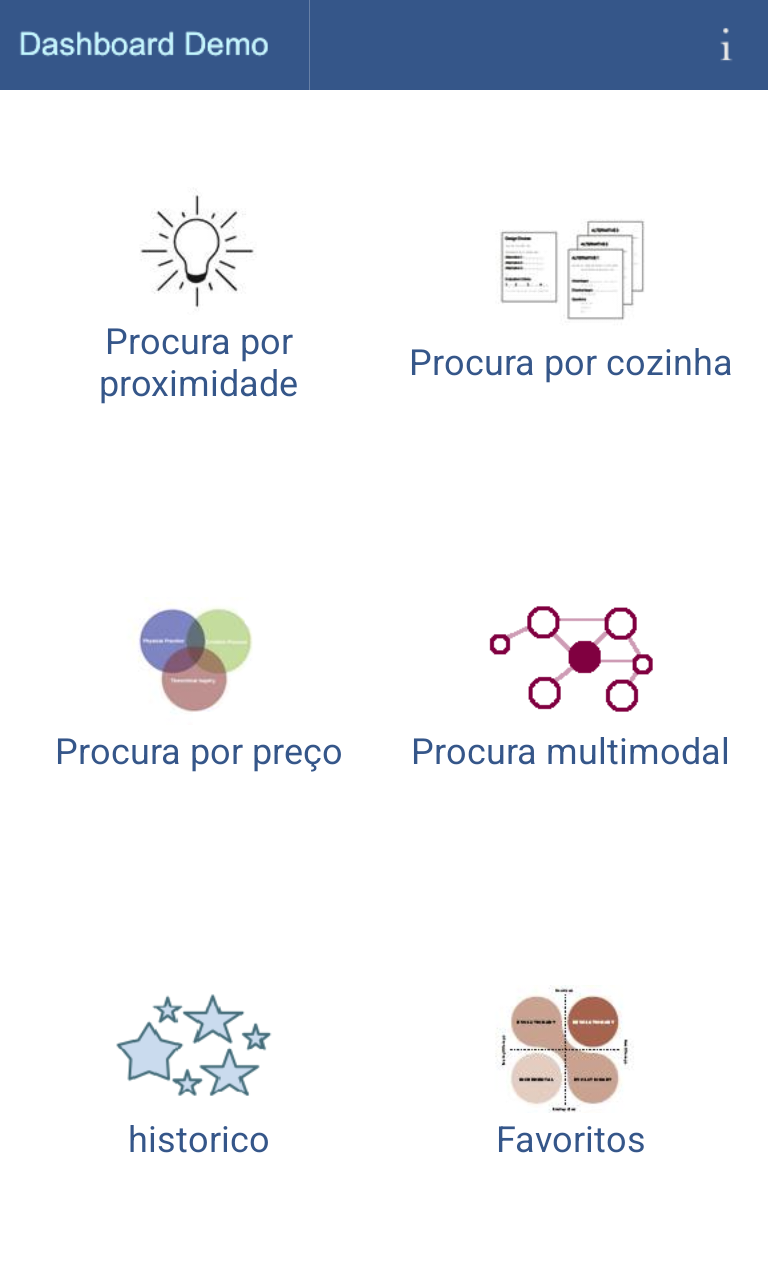
Repository: joaoA/ihc
Layout: spotilicious/res/layout/activity_home.xml
An editor plug-in stored every save of this project. The layout is shown before and after the next save, followed by the edit.
It is drawn on a 768 x 1280 px phone screen (xhdpi) without system bars, with theme Theme.D1; the app's code is not run.

Above is the layout before, as saved 2012-05-16 00:24:23.

### spotilicious/res/layout/activity_home.xml
<?xml version="1.0" encoding="utf-8"?>
<!--
    Copyright 2011 Wglxy.com
    Derived from Google IO Schedule App, Copyright 2010 Google, Inc.

    Licensed under the Apache License, Version 2.0 (the "License");
    you may not use this file except in compliance with the License.
    You may obtain a copy of the License at

         http://www.apache.org/licenses/LICENSE-2.0

    Unless required by applicable law or agreed to in writing, software
    distributed under the License is distributed on an "AS IS" BASIS,
    WITHOUT WARRANTIES OR CONDITIONS OF ANY KIND, either express or implied.
    See the License for the specific language governing permissions and
    limitations under the License.
-->
<LinearLayout xmlns:android="http://schemas.android.com/apk/res/android"
    android:id="@+id/db1_root"
    android:orientation="vertical"
    android:background="@color/background1"
    android:layout_width="match_parent"
    android:layout_height="match_parent">
    <LinearLayout style="@style/TitleBar">
        <ImageView style="@style/TitleBarLogo"
            android:contentDescription="@string/description_logo"
            android:src="@drawable/title_logo" />

        <ImageView style="@style/TitleBarSeparator" android:contentDescription="@string/cenas"/>
        <TextView style="@style/TitleBarText" />
        <ImageButton style="@style/TitleBarAction"
            android:contentDescription="@string/description_about"
            android:src="@drawable/title_about"
            android:onClick="onClickAbout" />
</LinearLayout>
<LinearLayout
    android:orientation="vertical"
    android:layout_width="match_parent"
    android:layout_height="match_parent"
    android:weightSum="3"
    android:padding="6dip">
    <LinearLayout
        android:orientation="horizontal"
        android:layout_width="match_parent"
        android:layout_height="match_parent"
        android:layout_weight="1">
        <Button android:id="@+id/home_btn_feature1"
            style="@style/HomeButton"
            android:onClick="onClickFeature"
            android:text="@string/title_feature1"
            android:drawableTop="@drawable/home_button1"/>
        <Button android:id="@+id/home_btn_feature2"
            style="@style/HomeButton"
            android:onClick="onClickFeature"
            android:text="@string/title_feature2"
            android:drawableTop="@drawable/home_button2"/>
    </LinearLayout>

    <LinearLayout
        android:orientation="horizontal"
        android:layout_width="match_parent"
        android:layout_height="match_parent"
        android:layout_weight="1">
        <Button android:id="@+id/home_btn_feature3"
            style="@style/HomeButton"
            android:onClick="onClickFeature"
            android:text="@string/title_feature3"
            android:drawableTop="@drawable/home_button3"/>
        <Button android:id="@+id/home_btn_feature4"
            style="@style/HomeButton"
            android:onClick="onClickFeature"
            android:text="@string/title_feature4"
            android:drawableTop="@drawable/home_button4"/>
    </LinearLayout>

    <LinearLayout
        android:orientation="horizontal"
        android:layout_width="match_parent"
        android:layout_height="match_parent"
        android:layout_weight="1">
        <Button android:id="@+id/home_btn_feature5"
            style="@style/HomeButton"
            android:onClick="onClickFeature"
            android:text="@string/title_feature5"
            android:drawableTop="@drawable/home_button5"/>
        <Button android:id="@+id/home_btn_feature6"
            style="@style/HomeButton"
            android:onClick="onClickFeature"
            android:text="@string/title_feature6"
            android:drawableTop="@drawable/home_button6"/>
    </LinearLayout>

</LinearLayout>

</LinearLayout>

### spotilicious/res/values/colors.xml
<?xml version="1.0" encoding="utf-8"?>
<!--
    Copyright 2011 Wglxy.com

    Licensed under the Apache License, Version 2.0 (the "License");
    you may not use this file except in compliance with the License.
    You may obtain a copy of the License at

         http://www.apache.org/licenses/LICENSE-2.0

    Unless required by applicable law or agreed to in writing, software
    distributed under the License is distributed on an "AS IS" BASIS,
    WITHOUT WARRANTIES OR CONDITIONS OF ANY KIND, either express or implied.
    See the License for the specific language governing permissions and
    limitations under the License.
-->
<resources>
    <color name="title_background">#ff355689</color>
    <color name="title_text">#ffffffff</color>
    <color name="title_text_alt">#ff000000</color>
    <color name="foreground1">#ff355689</color>
    <color name="foreground2">#ff7081a3</color>
    <color name="background1">#ffffffff</color>
    <color name="background2">#ffd5ddeb</color>
    <color name="background3">#ffe3e8f1</color>
    <color name="large_background">#ff000022</color>
    <color name="title_separator">#40ffffff</color>
</resources>

### spotilicious/res/values/strings.xml
<?xml version="1.0" encoding="utf-8"?>
<!--
    Copyright 2011 Wglxy.com

    Licensed under the Apache License, Version 2.0 (the "License");
    you may not use this file except in compliance with the License.
    You may obtain a copy of the License at

         http://www.apache.org/licenses/LICENSE-2.0

    Unless required by applicable law or agreed to in writing, software
    distributed under the License is distributed on an "AS IS" BASIS,
    WITHOUT WARRANTIES OR CONDITIONS OF ANY KIND, either express or implied.
    See the License for the specific language governing permissions and
    limitations under the License.
-->
<resources>
    <string name="hello">Choose one of the features below.</string>

    <string name="app_name">Spotlicious</string>

    <string name="description_about">About</string>
    <string name="description_home">Home</string>
    <string name="description_search">Search</string>
    <string name="description_feature1">Feature 1</string>
    <string name="description_feature2">Feature 2</string>
    <string name="description_feature3">Feature 3</string>
    <string name="description_feature4">Feature 4</string>
    <string name="description_feature5">Feature 5</string>
    <string name="description_feature6">Feature 6</string>

    <string name="title_about">About</string>
    <string name="title_home">Home</string>
    <string name="title_feature1">Procura por proximidade</string>
    <string name="title_feature2">Procura por cozinha</string>
    <string name="title_feature3">Procura por preço</string>
    <string name="title_feature4">Procura multimodal</string>
    <string name="title_feature5">historico</string>
    <string name="title_feature6">Favoritos</string>

    <string name="default_intro">This is the default content view for an activity. Be sure to change your activity\'s onCreate method. Use setContentView on a custom layout.</string>
    <string name="feature1_intro">Feature 1 content goes here.</string>
    <string name="feature2_intro">Feature 2 content goes here.</string>
    <string name="feature3_intro">Feature 3 content goes here.</string>
    <string name="feature4_intro">Feature 4 content goes here.</string>
    <string name="feature5_intro">Feature 5 content goes here.</string>
    <string name="feature6_intro">Feature 6 content goes here.</string>

    <string name="about_intro">This app is a demo to show you how to do an Android app based on the Dashboard pattern that has been used in apps like Twitter, Google IO, and Evernote.</string>
    <string name="search_intro">Content for the Search page goes here.</string>
    <string name="cenas">cenas</string>
    <string name="description_logo">spotlicious</string>


</resources>

### spotilicious/res/drawable/title_logo.xml
<?xml version="1.0" encoding="utf-8"?>
<!--
    Copyright 2011 Wglxy.com

    Licensed under the Apache License, Version 2.0 (the "License");
    you may not use this file except in compliance with the License.
    You may obtain a copy of the License at

         http://www.apache.org/licenses/LICENSE-2.0

    Unless required by applicable law or agreed to in writing, software
    distributed under the License is distributed on an "AS IS" BASIS,
    WITHOUT WARRANTIES OR CONDITIONS OF ANY KIND, either express or implied.
    See the License for the specific language governing permissions and
    limitations under the License.
-->
<selector xmlns:android="http://schemas.android.com/apk/res/android">
    <item android:state_focused="true" android:state_pressed="false" android:drawable="@drawable/title_logo_pressed"/>
    <item android:state_focused="false" android:state_pressed="false" android:drawable="@drawable/title_logo_pressed"/>
    <item android:state_focused="true" android:drawable="@drawable/title_logo_selected"/>
    <item android:state_focused="false" android:state_pressed="false" android:drawable="@drawable/title_logo_default"/>
</selector>

### spotilicious/res/values/ids.xml
<?xml version="1.0" encoding="utf-8"?>
<!--
    This is a modified version of a class from the IO Schedule app.
    The original copyright and license information follows.

    Copyright 2010 Google Inc.

    Licensed under the Apache License, Version 2.0 (the "License");
    you may not use this file except in compliance with the License.
    You may obtain a copy of the License at

         http://www.apache.org/licenses/LICENSE-2.0

    Unless required by applicable law or agreed to in writing, software
    distributed under the License is distributed on an "AS IS" BASIS,
    WITHOUT WARRANTIES OR CONDITIONS OF ANY KIND, either express or implied.
    See the License for the specific language governing permissions and
    limitations under the License.
-->

<resources>
    <item type="id" name="title_container" />
    <item type="id" name="title_logo" />
    <item type="id" name="title_text" />

    <item type="id" name="dialog_discard_confirm" />

    <item type="id" name="dialog_moderator" />
    <item type="id" name="dialog_wave" />

    <item type="id" name="blocks_ruler" />
    <item type="id" name="blocks_now" />

</resources>

### spotilicious/res/drawable/title_about.xml
<?xml version="1.0" encoding="utf-8"?>
<!--
    Copyright 2011 Wglxy.com

    Licensed under the Apache License, Version 2.0 (the "License");
    you may not use this file except in compliance with the License.
    You may obtain a copy of the License at

         http://www.apache.org/licenses/LICENSE-2.0

    Unless required by applicable law or agreed to in writing, software
    distributed under the License is distributed on an "AS IS" BASIS,
    WITHOUT WARRANTIES OR CONDITIONS OF ANY KIND, either express or implied.
    See the License for the specific language governing permissions and
    limitations under the License.
-->
<selector xmlns:android="http://schemas.android.com/apk/res/android">
    <item android:state_focused="true" android:state_pressed="true" android:drawable="@drawable/title_about_alt"/>
    <item android:state_focused="false" android:state_pressed="true" android:drawable="@drawable/title_about_alt"/>
    <item android:state_focused="true" android:drawable="@drawable/title_about_alt"/>
    <item android:state_focused="false" android:state_pressed="false" android:drawable="@drawable/title_about_default"/>
</selector>

### spotilicious/res/drawable/home_button1.xml
<?xml version="1.0" encoding="utf-8"?>
<!--
    Copyright 2011 Wglxy.com

    Licensed under the Apache License, Version 2.0 (the "License");
    you may not use this file except in compliance with the License.
    You may obtain a copy of the License at

         http://www.apache.org/licenses/LICENSE-2.0

    Unless required by applicable law or agreed to in writing, software
    distributed under the License is distributed on an "AS IS" BASIS,
    WITHOUT WARRANTIES OR CONDITIONS OF ANY KIND, either express or implied.
    See the License for the specific language governing permissions and
    limitations under the License.
-->
<selector xmlns:android="http://schemas.android.com/apk/res/android">
    <item android:state_focused="true" android:state_pressed="true" android:drawable="@drawable/light_bulb_pressed"/>
    <item android:state_focused="false" android:state_pressed="true" android:drawable="@drawable/light_bulb_pressed"/>
    <item android:state_focused="true" android:drawable="@drawable/light_bulb_selected"/>
    <item android:state_focused="false" android:state_pressed="false" android:drawable="@drawable/light_bulb_default"/>
</selector>

### spotilicious/res/drawable/home_button2.xml
<?xml version="1.0" encoding="utf-8"?>
<!--
    Copyright 2011 Wglxy.com

    Licensed under the Apache License, Version 2.0 (the "License");
    you may not use this file except in compliance with the License.
    You may obtain a copy of the License at

         http://www.apache.org/licenses/LICENSE-2.0

    Unless required by applicable law or agreed to in writing, software
    distributed under the License is distributed on an "AS IS" BASIS,
    WITHOUT WARRANTIES OR CONDITIONS OF ANY KIND, either express or implied.
    See the License for the specific language governing permissions and
    limitations under the License.
-->
<selector xmlns:android="http://schemas.android.com/apk/res/android">
    <item android:state_focused="true" android:state_pressed="true" android:drawable="@drawable/stack_pressed"/>
    <item android:state_focused="false" android:state_pressed="true" android:drawable="@drawable/stack_pressed"/>
    <item android:state_focused="true" android:drawable="@drawable/stack_selected"/>
    <item android:state_focused="false" android:state_pressed="false" android:drawable="@drawable/stack_default"/>
</selector>

### spotilicious/res/drawable/home_button3.xml
<?xml version="1.0" encoding="utf-8"?>
<!--
    Copyright 2011 Wglxy.com

    Licensed under the Apache License, Version 2.0 (the "License");
    you may not use this file except in compliance with the License.
    You may obtain a copy of the License at

         http://www.apache.org/licenses/LICENSE-2.0

    Unless required by applicable law or agreed to in writing, software
    distributed under the License is distributed on an "AS IS" BASIS,
    WITHOUT WARRANTIES OR CONDITIONS OF ANY KIND, either express or implied.
    See the License for the specific language governing permissions and
    limitations under the License.
-->
<selector xmlns:android="http://schemas.android.com/apk/res/android">
    <item android:state_focused="true" android:state_pressed="true" android:drawable="@drawable/venn_2_pressed"/>
    <item android:state_focused="false" android:state_pressed="true" android:drawable="@drawable/venn_2_pressed"/>
    <item android:state_focused="true" android:drawable="@drawable/venn_2_selected"/>
    <item android:state_focused="false" android:state_pressed="false" android:drawable="@drawable/venn_2_default"/>
</selector>

### spotilicious/res/drawable/home_button4.xml
<?xml version="1.0" encoding="utf-8"?>
<!--
    Copyright 2011 Wglxy.com

    Licensed under the Apache License, Version 2.0 (the "License");
    you may not use this file except in compliance with the License.
    You may obtain a copy of the License at

         http://www.apache.org/licenses/LICENSE-2.0

    Unless required by applicable law or agreed to in writing, software
    distributed under the License is distributed on an "AS IS" BASIS,
    WITHOUT WARRANTIES OR CONDITIONS OF ANY KIND, either express or implied.
    See the License for the specific language governing permissions and
    limitations under the License.
-->
<selector xmlns:android="http://schemas.android.com/apk/res/android">
    <item android:state_focused="true" android:state_pressed="true" android:drawable="@drawable/rel_map_pressed"/>
    <item android:state_focused="false" android:state_pressed="true" android:drawable="@drawable/rel_map_pressed"/>
    <item android:state_focused="true" android:drawable="@drawable/rel_map_selected"/>
    <item android:state_focused="false" android:state_pressed="false" android:drawable="@drawable/rel_map_default"/>
</selector>

### spotilicious/res/drawable/home_button5.xml
<?xml version="1.0" encoding="utf-8"?>
<!--
    Copyright 2011 Wglxy.com

    Licensed under the Apache License, Version 2.0 (the "License");
    you may not use this file except in compliance with the License.
    You may obtain a copy of the License at

         http://www.apache.org/licenses/LICENSE-2.0

    Unless required by applicable law or agreed to in writing, software
    distributed under the License is distributed on an "AS IS" BASIS,
    WITHOUT WARRANTIES OR CONDITIONS OF ANY KIND, either express or implied.
    See the License for the specific language governing permissions and
    limitations under the License.
-->
<selector xmlns:android="http://schemas.android.com/apk/res/android">
    <item android:state_focused="true" android:state_pressed="true" android:drawable="@drawable/stars_pressed"/>
    <item android:state_focused="false" android:state_pressed="true" android:drawable="@drawable/stars_pressed"/>
    <item android:state_focused="true" android:drawable="@drawable/stars_selected"/>
    <item android:state_focused="false" android:state_pressed="false" android:drawable="@drawable/stars_default"/>
</selector>

### spotilicious/res/drawable/home_button6.xml
<?xml version="1.0" encoding="utf-8"?>
<!--
    Copyright 2011 Wglxy.com

    Licensed under the Apache License, Version 2.0 (the "License");
    you may not use this file except in compliance with the License.
    You may obtain a copy of the License at

         http://www.apache.org/licenses/LICENSE-2.0

    Unless required by applicable law or agreed to in writing, software
    distributed under the License is distributed on an "AS IS" BASIS,
    WITHOUT WARRANTIES OR CONDITIONS OF ANY KIND, either express or implied.
    See the License for the specific language governing permissions and
    limitations under the License.
-->
<selector xmlns:android="http://schemas.android.com/apk/res/android">
    <item android:state_focused="true" android:state_pressed="true" android:drawable="@drawable/evo_revo_incr_pressed"/>
    <item android:state_focused="false" android:state_pressed="true" android:drawable="@drawable/evo_revo_incr_pressed"/>
    <item android:state_focused="true" android:drawable="@drawable/evo_revo_incr_selected"/>
    <item android:state_focused="false" android:state_pressed="false" android:drawable="@drawable/evo_revo_incr_default"/>
</selector>

### spotilicious/res/values/dimens.xml
<?xml version="1.0" encoding="utf-8"?>
<!--
    Copyright 2011 Wglxy.com

    Licensed under the Apache License, Version 2.0 (the "License");
    you may not use this file except in compliance with the License.
    You may obtain a copy of the License at

         http://www.apache.org/licenses/LICENSE-2.0

    Unless required by applicable law or agreed to in writing, software
    distributed under the License is distributed on an "AS IS" BASIS,
    WITHOUT WARRANTIES OR CONDITIONS OF ANY KIND, either express or implied.
    See the License for the specific language governing permissions and
    limitations under the License.
-->
<resources>
    <dimen name="title_height">45dip</dimen>
    <dimen name="text_size_small">14sp</dimen>
    <dimen name="text_size_medium">18sp</dimen>
    <dimen name="text_size_large">22sp</dimen>
</resources>

Loaded but not shown: spotilicious/res/drawable/title_button.xml (common file); spotilicious/res/values/styles.xml (118 lines, source omitted)

After the next save:
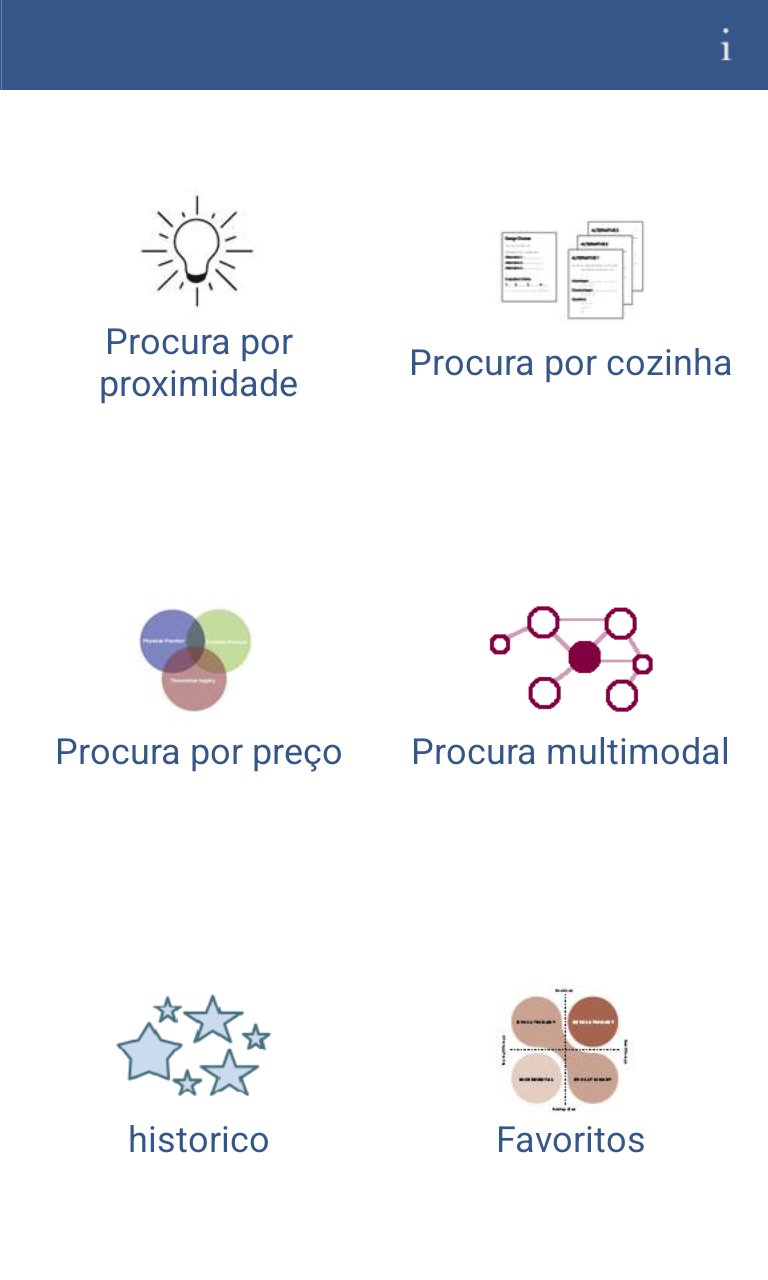
Saved 36 s later.
--- a/spotilicious/res/drawable/title_logo.xml
+++ b/spotilicious/res/drawable/title_logo.xml
@@ -15,8 +15,7 @@
     limitations under the License.
 -->
 <selector xmlns:android="http://schemas.android.com/apk/res/android">
-    <item android:state_focused="true" android:state_pressed="false" android:drawable="@drawable/title_logo_pressed"/>
-    <item android:state_focused="false" android:state_pressed="false" android:drawable="@drawable/title_logo_pressed"/>
+
     <item android:state_focused="true" android:drawable="@drawable/title_logo_selected"/>
-    <item android:state_focused="false" android:state_pressed="false" android:drawable="@drawable/title_logo_default"/>
+
 </selector>
